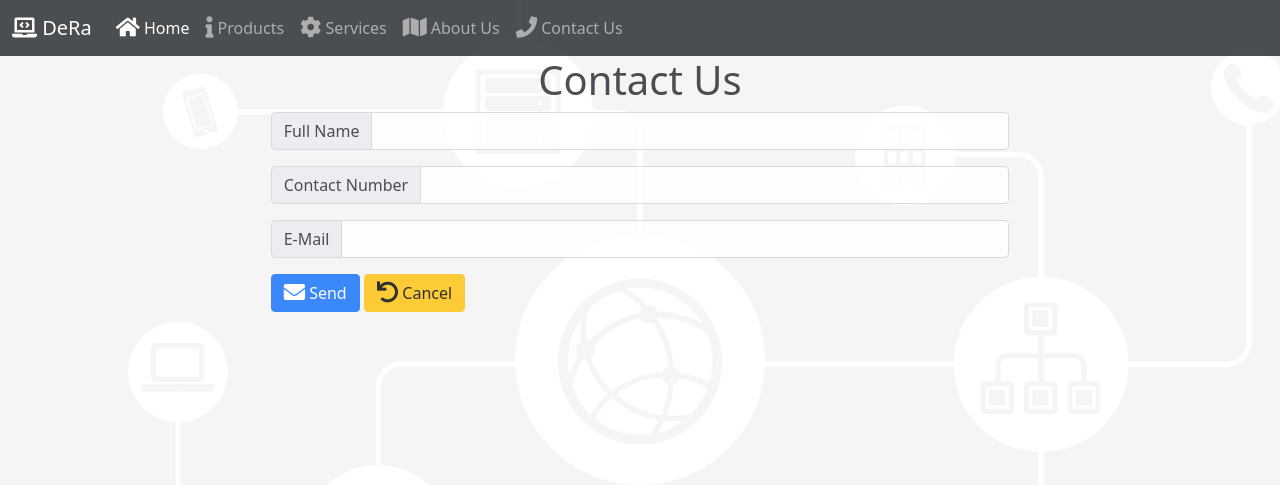
Repository: deividwsantoss/web6201-Lab1
Page: contact.html
An editor plug-in stored every save of this project. The page is shown before and after the next save, followed by the edit.
The browser window is 1280 px wide. The pictures show the whole page.

Above is the page before, as saved 2021-02-02 20:02:45.
Console error: TypeError: Cannot set properties of null (setting 'textContent')

### contact.html
<!DOCTYPE html>
<html lang="en">
<head>
    <meta charset="UTF-8">
    <meta name="viewport" content="width=device-width, initial-scale=1.0">
    <title>Contact</title>
</head>
<!-- CSS SECTION-->
<link rel="stylesheet" href="./node_modules/bootstrap/dist/css/bootstrap.min.css">
<link rel="stylesheet" href="./node_modules/@fortawesome/fontawesome-free/css/all.min.css">
<link rel="stylesheet" href="./Content/app.css">

<body class="contactimage">
    <!-- Main Header-->
    <header>
        <nav class="navbar navbar-expand-lg navbar-dark bg-dark">
            <div class="container-fluid">
              <a class="navbar-brand" href="Index.html"><i class="fas fa-laptop-code"></i> DeRa</a>
              <button class="navbar-toggler" type="button" data-bs-toggle="collapse" data-bs-target="#navbarSupportedContent" aria-controls="navbarSupportedContent" aria-expanded="false" aria-label="Toggle navigation">
                <span class="navbar-toggler-icon"></span>
              </button>
              <div class="collapse navbar-collapse" id="navbarSupportedContent">
                <ul class="navbar-nav ml-auto mb-2 mb-lg-0">
                  <li class="nav-item">
                    <a class="nav-link active" aria-current="page" href="Index.html"><i class="fas fa-home fa-lg"></i> Home</a>
                  </li>
                  <li class="nav-item">
                    <a class="nav-link" aria-current="page" href="products.html"><i class="fas fa-info fa-lg"></i> Products</a>
                  </li>
                  <li class="nav-item">
                    <a class="nav-link" aria-current="page" href="services.html"><i class="fas fa-cog fa-lg"></i> Services</a>
                  </li>
                  <li class="nav-item">
                    <a class="nav-link" aria-current="page" href="about.html"><i class="fas fa-map fa-lg"></i> About Us</a>
                  </li>
                  <li class="nav-item">
                    <a class="nav-link" aria-current="page" href="contact.html"><i class="fas fa-phone fa-lg"></i> Contact Us</a>
                  </li>

                </ul>

              </div>
            </div>
          </nav>

    </header>


    <!-- Main Content-->
    <main class="container">
      <h1 class="text-center"> Contact Us</h1>
      <div id="messageArea" class="alert alert-danger text-center" role="alert"></div>

      </div>


        <div class="row justify-content-lg-center g-3" >
        <form class="col-lg-8 col-md-8 col-sm-10">


          <div class="input-group mb-3">
            <span class="input-group-text" id="inputGroup-sizing-default">Full Name</span>
            <input id="fullName" type="text" class="form-control" aria-label="Full Name" aria-describedby="Full Name Input" name="fullName" required>
          </div>

          <div class="input-group mb-3">
            <span class="input-group-text" id="inputGroup-sizing-default">Contact Number</span>
            <input id="contactNumber" type="tel" class="form-control" aria-label="Full Name" aria-describedby="Full Name Input" name="contactNumber" required>
          </div>

          <div class="input-group mb-3">
            <span class="input-group-text" id="inputGroup-sizing-default">E-Mail</span>
            <input id="emailAddress" type="email" class="form-control" aria-label="E-mail Address" aria-describedby="Email Address Input" name="contactNumber" required>
          </div>

          <button id="sendButton" type="submit" class="btn btn-primary"><i class="fas fa-envelope fa-lg"></i>  Send</button>
          <button id="resetButton" type="reset" class="btn btn-warning"><i class="fas fa-undo fa-lg"></i>  Cancel</button>
        </form>
      </div>
    </main>


    <!--- Script Section-->
    <script src="./node_modules/jquery/dist/jquery.min.js"></script>
    <script src="./node_modules/bootstrap/dist/js/bootstrap.bundle.min.js"></script>
    <script src="./Scripts/app.js"></script>
</body>

</html>

### Content/app.css
/* Custom CSS goes here */
body,html{
    height: 100%;
    margin: 0;
}
.bg{
    background-image: url("Background-White.jpg");
    background-repeat: no-repeat;
    background-size: cover;
    background-position: center;
    opacity: 0.8;
}

.contactimage{
    background-image:url("contactimg.jpg");
    background-repeat: no-repeat;
    background-size: cover;
    background-position: center;
    opacity: 0.8;
}
.productsbg {
    background-image:url("productsbg.jpg");
    background-repeat: no-repeat;
    background-size: cover;
    background-position: center;
    opacity: 0.8;
}

.servicesbackgroud{
    background-image:url("services.jpg");
    background-repeat: no-repeat;
    background-size: cover;
    background-position: center;
    opacity: 0.8;
}
.aboutus{
    background-image:url("bgimage.jpg");
    background-repeat: no-repeat;
    background-size: cover;
    background-position: center;
    opacity: 0.8;
}

### Scripts/app.js
/* Custom JavaScript goes here */


"use strict";

(function(){

    function displayHome(){
        let paragraphOneText = "Welcome to DeRa Development Website for WebD6201";
        let paragraphOneElement = document.getElementById("paragraphOne");

        paragraphOneElement.textContent = paragraphOneText;
    }
    function displayAbout(){

    }
    function displayProducts(){

    }
    function displayServices(){

    }
    function displayContact(){

        let messageArea = document.getElementById("messageArea");
        messageArea.hidden = true;

        //Form Validation...

        let fullName = document.getElementById("fullName");
        fullName.addEventListener("blur", function(){
            if(fullName.value.length < 2){
                fullName.focus;
                fullName.select();
                messageArea.hidden = false;
                messageArea.className = "alert alert-danger";
                messageArea.textContent = "Please, Enter an appropriate name."
            }
            else{
                messageArea.removeAttribute("Class");
                messageArea.hidden = true;
            }
        });

        let sendButton = document.getElementById("sendButton");
        sendButton.addEventListener("click", function(event){
            event.preventDefault();
        });

    }


    function Start(){
        console.log("App Start...");

        switch (document.title) {

            case 'Home':
                displayHome();
                break;
            case 'About':
                displayAbout();
                break;
            case 'Products':
                displayProducts();
                break;
            case 'Services':
                displayServices();
                break;
            case 'Contact':
                displayContact();
                break;

        }
        displayHome();

    }
    window.addEventListener("load",Start);

})();

Loaded but not shown: node_modules/bootstrap/dist/css/bootstrap.min.css (library); node_modules/@fortawesome/fontawesome-free/css/all.min.css (library); node_modules/jquery/dist/jquery.min.js (library); node_modules/bootstrap/dist/js/bootstrap.bundle.min.js (library)

After the next save:
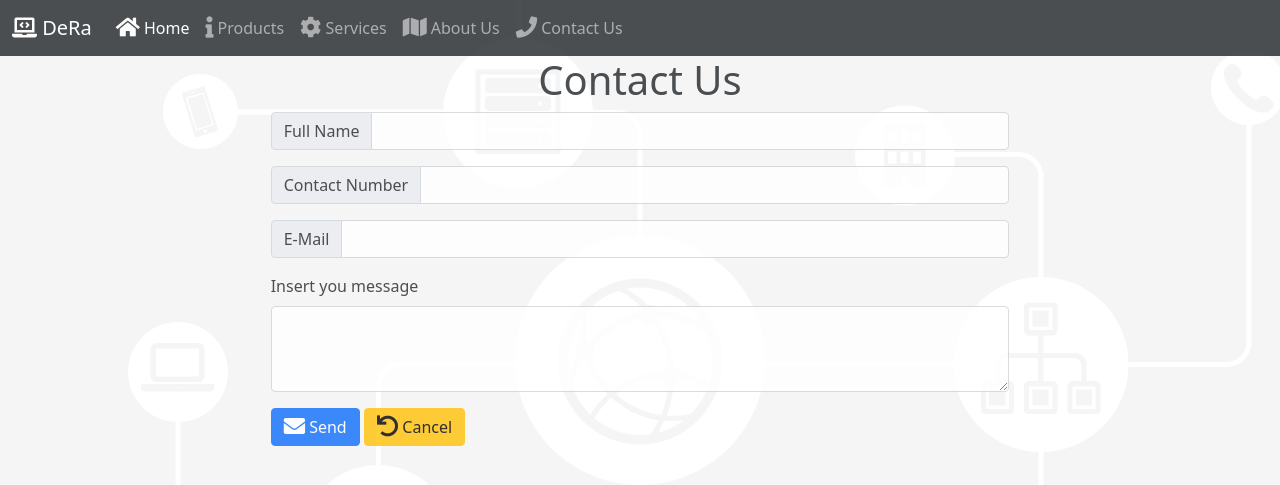
Saved 4 min 20 s later.
--- a/contact.html
+++ b/contact.html
@@ -72,6 +72,10 @@
             <span class="input-group-text" id="inputGroup-sizing-default">E-Mail</span>
             <input id="emailAddress" type="email" class="form-control" aria-label="E-mail Address" aria-describedby="Email Address Input" name="contactNumber" required>
           </div>
+          <div class="mb-3">
+            <label for="exampleFormControlTextarea1" class="form-label">Insert you message</label>
+            <textarea class="form-control" id="exampleFormControlTextarea1" rows="3"></textarea>
+          </div>
 
           <button id="sendButton" type="submit" class="btn btn-primary"><i class="fas fa-envelope fa-lg"></i>  Send</button>
           <button id="resetButton" type="reset" class="btn btn-warning"><i class="fas fa-undo fa-lg"></i>  Cancel</button>
